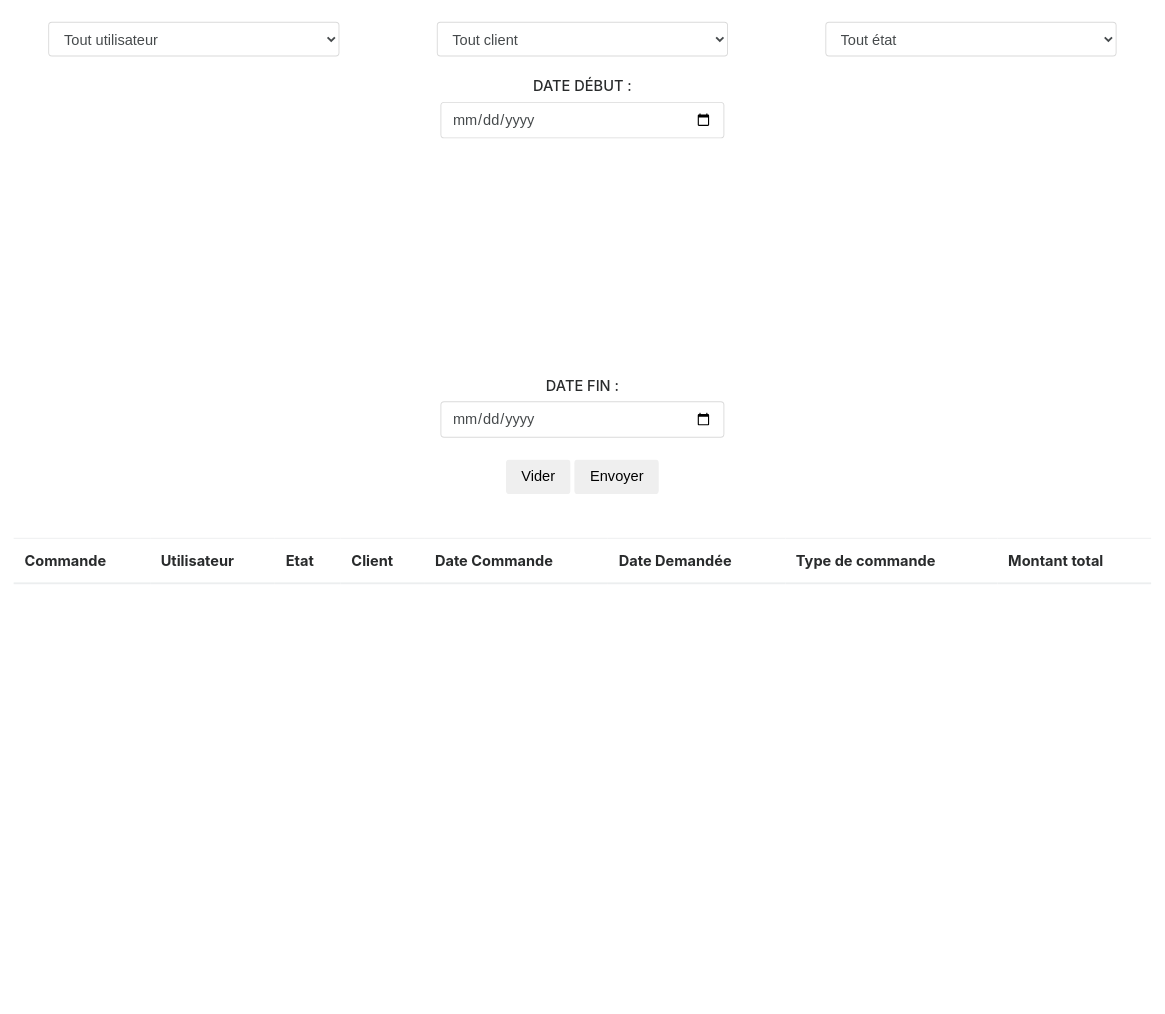
Repository: vmele/Cote
Page: http://localhost/PPE4_VMELE/reporting.jsp
These files come from the project's save history. The page is drawn as it stood at one moment and after the next save; the edit follows.
The browser window is 1280 px wide. The pictures show the whole page, at 91% of full size.
Some web libraries are served in a nearby version. The page is served by Tomcat 9. Queries for data that is not in the repository find no rows.

Above is the page before, as saved 2017-05-31 16:37:38.
Console error (its wording comes from the project's code and is left out).

After the next save:
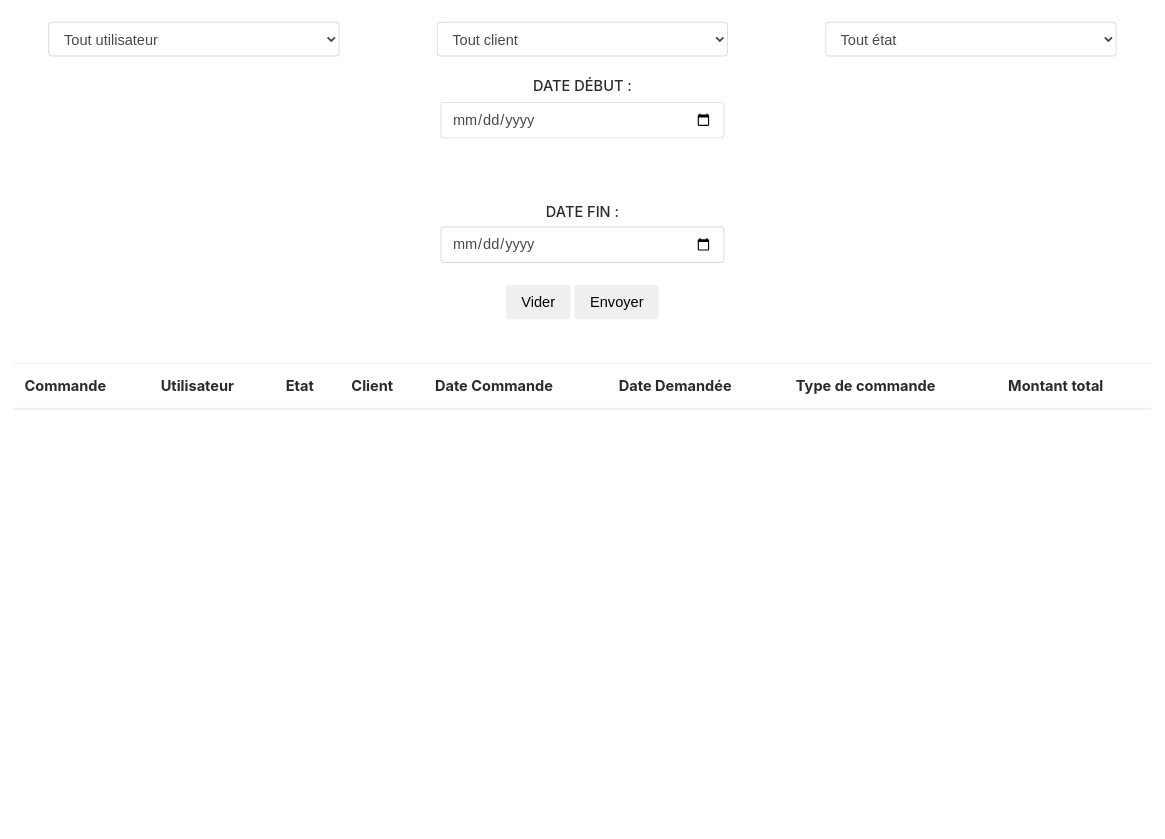
Saved 6 s later.
--- a/Workspace/PPE4_VMELE/WebContent/reporting.jsp
+++ b/Workspace/PPE4_VMELE/WebContent/reporting.jsp
@@ -49,7 +49,7 @@
 				<input type="date" id="dateDebut" name="dateDebut" class="search form-control col-md-3" />
 			</div>
 		</div>
-<br><br><br><br><br><br><br><br><br><br><br>
+<br><br><br>
 		<h6>Date fin :</h6>
 		<div class="search-container">
 			<div class="ui-widget">
